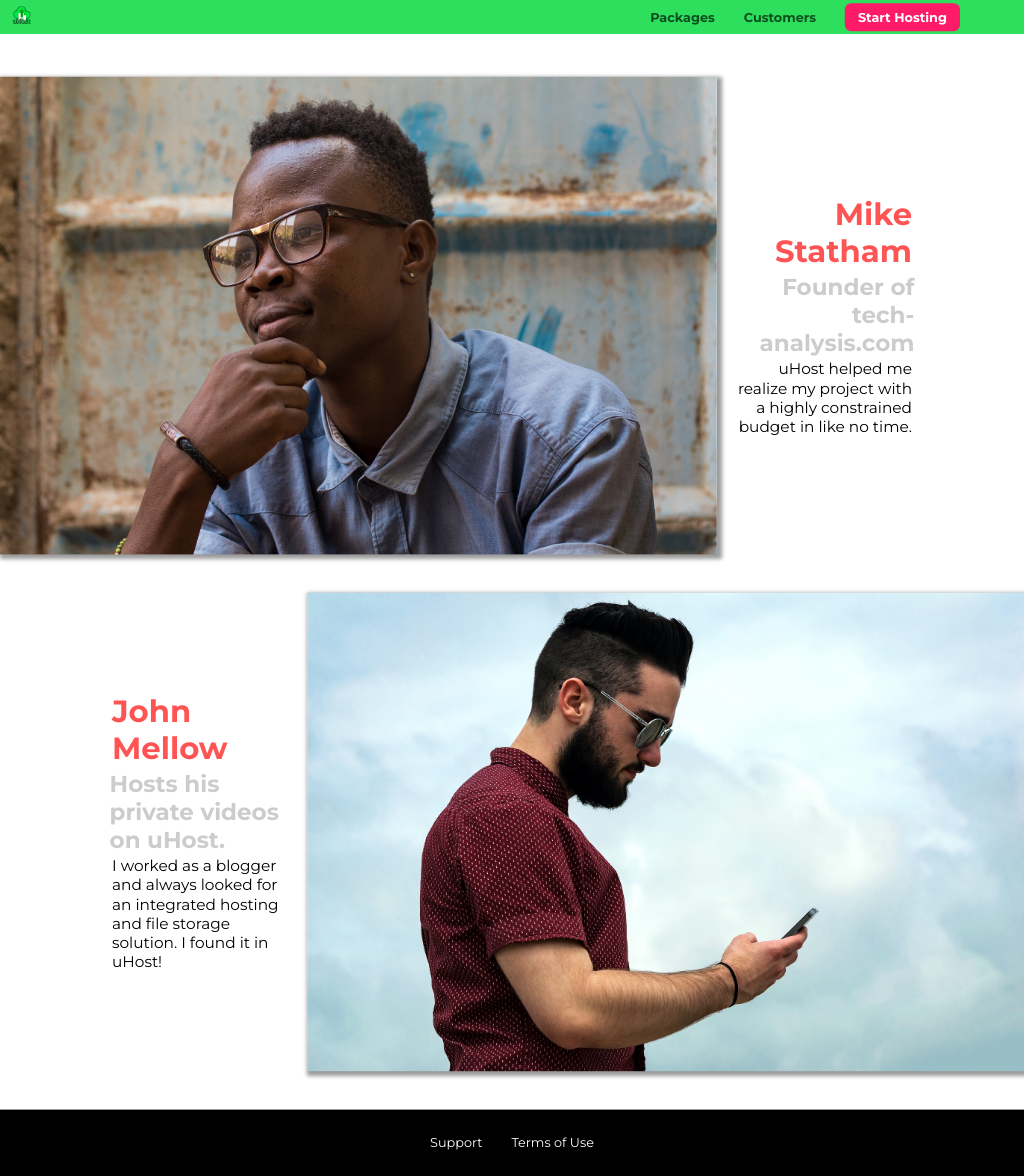
Repository: Nowacki97PL/UdemyCSS
Page: customers/index.html
The author's editor kept a copy of each file at every save. The page is drawn from the files as they stood at one save, then again after the next save.
The browser window is 1280 px wide. The pictures show the whole page, at 80% of full size.

Above is the page before, as saved 2023-11-18 14:43:18.

After the next save:
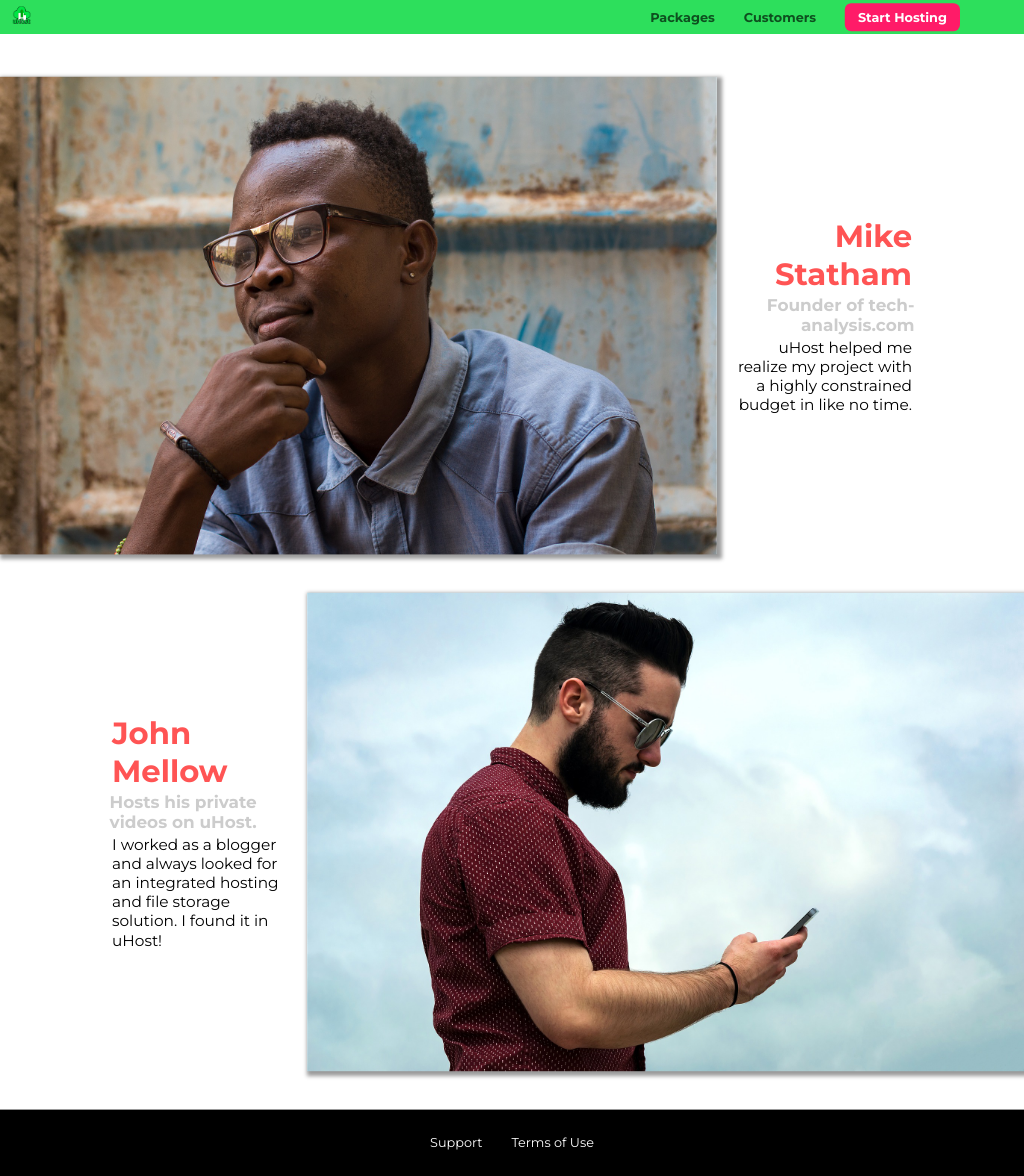
Saved 4 s later.
--- a/customers/customers.css
+++ b/customers/customers.css
@@ -48,7 +48,7 @@
 
   .testimonial__subtitle {
     margin: 0;
-    font-size: ;
+    font-size: 1.1em;
     color: #ccc;
   }
 
